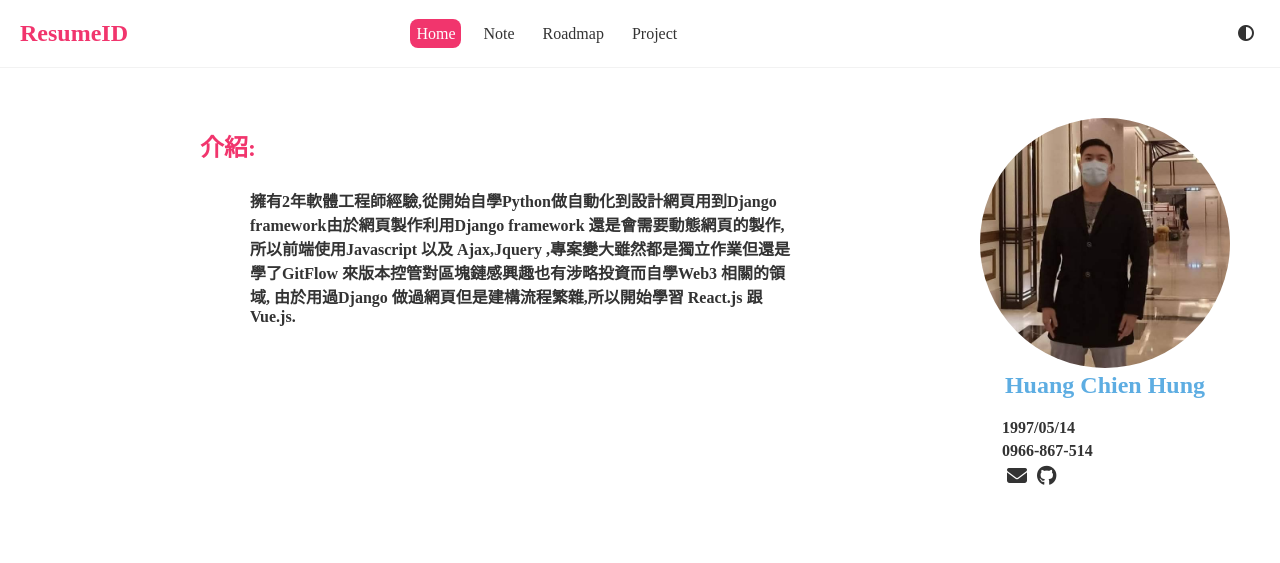
Repository: leo-play-code/ResumeID
Page: /
An editor plug-in stored every save of this project. The page is shown before and after the next save, followed by the edit.
The browser window is 1280 px wide. The pictures show the whole page.
Some web libraries are served in a nearby version. The project was rebuilt for these pictures with package versions that can differ from the ones it lists, and the page was loaded fresh each time. Also part of the build but not shown: src/Note/Note.js, src/Roadmap/Roadmap.js, src/Project/Project.js.

Above is the page before, as saved 2022-10-18 15:20:38.

### public/index.html
<!DOCTYPE html>
<html lang="en">
  <head>
    <meta charset="utf-8" />
    <link rel="icon" href="%PUBLIC_URL%/favicon.ico" />
    <meta name="viewport" content="width=device-width, initial-scale=1" />
    <meta name="theme-color" content="#000000" />
    <meta
      name="description"
      content="Web site created using create-react-app"
    />
    <link rel="apple-touch-icon" href="%PUBLIC_URL%/logo192.png" />
    <link rel="manifest" href="%PUBLIC_URL%/manifest.json" />

    <!-- fontawesome -->
    <script src="https://kit.fontawesome.com/14e9a4f90b.js" crossorigin="anonymous"></script>
    <title>React App</title>
  </head>
  <body>
    <noscript>You need to enable JavaScript to run this app.</noscript>
    <div id="root"></div>
  </body>
</html>

### src/index.css
/* base styles */
* {
  margin: 0;
  font-family: "Quicksand";
  color: #333;
}
.navbar {
  padding: 20px;
  display: flex;
  align-items: center;
  max-width: 100%;
  margin: 0 auto;
  border-bottom: 1px solid #f2f2f2;
}
.navbar h1 {
  color: #f1356d;
}
.navbar-center{
  margin-inline: auto;
}
.navbar-center .page-selected{
  color:white;
  background: #f1356d;
  border-radius: 8px;
  pointer-events: none;
}
.navbar .navbar-right {
  margin-left: auto;
}
.navbar a {
  margin-left: 16px;
  text-decoration: none;
  padding: 6px;
}
.navbar a:hover {
  color: #f1356d;
}
.content {
  max-width: 600px;
  margin: 40px auto;
  padding: 20px;
}

/* Home */
.Home .profile{
  height: 500px;
}
.Home .picture img{
  border-radius: 50%;
  max-width: 250px;
}
.Home .profile .MainName{
  color:#5DADE2;
}

.Home .introduction{
  margin-top: 60px;
  margin-left: 200px;
  float:left;
  width: 600px;
}
.Home .information{
  margin: 50px;
  float:right;
}


.Home .introduction h2{
  color:#f1356d
}
.Home .introduction .context{
  margin-top: 25px;
  margin-left: 50px;
}


.Home .picture{
  text-align: center;
}

.Home .contact{
  margin-top: 20px;
  margin-left:17px
}

.Home .contact div{
  margin :5px;
}

.Home .contact span{
  margin :5px;
}


.Home .contact a{
  margin :5px;
  font-size: 20px;
  transition: 0.3s;
}

.Home .contact a:hover{
  font-size: 35px;
  transition: 0.3s;
}

### src/App.js
import Navbar from './Navbar/Navbar';
import { BrowserRouter as Router,Route,Switch} from 'react-router-dom'
import Home from './Home/Home';
import Note from './Note/Note';
import Roadmap from './Roadmap/Roadmap';
import Project from './Project/Project';

function App(){
    return (
        <Router>
            <div className="App">
            <Navbar />
                <Switch>
                    <Route exact path='/'>
                        <Home />
                    </Route>
                    <Route exact path='/Note'>
                        <Note />
                    </Route>
                    <Route exact path='/Roadmap'>
                        <Roadmap />
                    </Route>
                    <Route exact path='/Project'>
                        <Project />
                    </Route>

                </Switch>
            </div>
        </Router>

    )
}

export default App;

### src/Navbar/Navbar.js
import { useEffect, useState } from 'react';
import {Link} from 'react-router-dom';

function Navbar(){
    const [navbar_state,setPageState] = useState('');
    function ChangeColor(){
        console.log('changecolor')
    }
    function PageSelected(navbar_state){
        setPageState(navbar_state)
    }
    useEffect(()=>{
        const init_url_arr = window.location.href.split('/')
        const init_url_page = init_url_arr[init_url_arr.length-1]
        setPageState(init_url_page)
    })
    return (
        <nav className="navbar">
            <h1>ResumeID</h1>
            <span className='navbar-center'>
                {(navbar_state == '')&& <Link to="/" className='page-selected'>Home</Link>}
                {!(navbar_state == '')&&<Link to="/" onClick={()=>PageSelected('Home')}>Home</Link>}
                {(navbar_state == 'Note')&& <Link to="/Note" className='page-selected'>Note</Link>}
                {!(navbar_state == 'Note')&&<Link to="/Note" onClick={()=>PageSelected('Note')}>Note</Link>}
                {(navbar_state == 'Roadmap')&& <Link to="/Roadmap" className='page-selected'>Roadmap</Link>}
                {!(navbar_state == 'Roadmap')&&<Link to="/Roadmap" onClick={()=>PageSelected('Roadmap')}>Roadmap</Link>}
                {(navbar_state == 'Project')&& <Link to="/Project" className='page-selected'>Project</Link>}
                {!(navbar_state == 'Project')&&<Link to="/Project" onClick={()=>PageSelected('Project')}>Project</Link>}
            </span>
            <div className="navbar-right">
                <a onClick={ChangeColor}><i className="fa-solid fa-circle-half-stroke"></i></a>
            </div>
        </nav>
    )
}

export default Navbar ;

### src/Home/Home.js



function Home(){
    const pic = require('./static/image/selfy.jpg');
    return(
        <div className="Home">
            <div className='profile'>
                <div className="introduction">
                    <h2 className='context-title'>介紹:</h2>
                    <div className='context'>
                        <b>擁有2年軟體⼯程師經驗,從開始⾃學Python做⾃動化到設計網⾴⽤到Django framework</b>
                        <b>由於網⾴製作利⽤Django framework 還是會需要動態網⾴的製作,所以前端使⽤Javascript 以及 Ajax,Jquery ,專案變⼤雖然都是獨立作業但還是學了GitFlow 來版本控管</b>
                        <b>對區塊鏈感興趣也有涉略投資⽽⾃學Web3 相關的領域, 由於⽤過Django 做過網⾴但是建構流程繁雜,所以開始學習 React.js 跟 Vue.js.</b>
                    </div>
                </div>
                <div className='information'>
                    <div className="picture">
                        <img src={pic} alt="" />
                        <h2 className='MainName'>Huang Chien Hung</h2>
                    </div>
                    <div className="contact">
                        <div><b>1997/05/14</b></div>
                        <div><b>0966-867-514</b></div>
                        <span>
                            <a href="mailto:leo56029132@gmail.com"><i className="fa-solid fa-envelope"></i></a>
                            <a href="https://github.com/leo-play-code"><i className="fa fa-github"></i></a>
                        </span>
                    </div>
                </div>
            </div>
        </div>
    )
}
export default Home ;

Loaded but not shown: src/index.js (common file); src/reportWebVitals.js (common file)

After the next save:
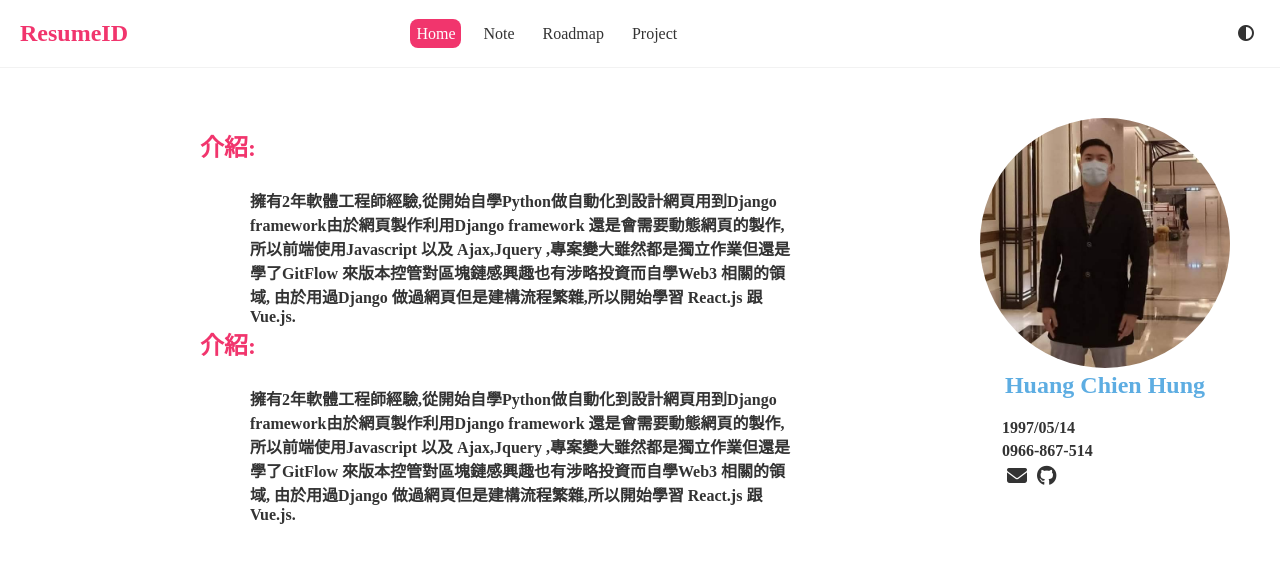
Saved 4 s later.
--- a/src/Home/Home.js
+++ b/src/Home/Home.js
@@ -7,6 +7,12 @@ function Home(){
         <div className="Home">
             <div className='profile'>
                 <div className="introduction">
+                    <h2 className='context-title'>介紹:</h2>
+                    <div className='context'>
+                        <b>擁有2年軟體⼯程師經驗,從開始⾃學Python做⾃動化到設計網⾴⽤到Django framework</b>
+                        <b>由於網⾴製作利⽤Django framework 還是會需要動態網⾴的製作,所以前端使⽤Javascript 以及 Ajax,Jquery ,專案變⼤雖然都是獨立作業但還是學了GitFlow 來版本控管</b>
+                        <b>對區塊鏈感興趣也有涉略投資⽽⾃學Web3 相關的領域, 由於⽤過Django 做過網⾴但是建構流程繁雜,所以開始學習 React.js 跟 Vue.js.</b>
+                    </div>
                     <h2 className='context-title'>介紹:</h2>
                     <div className='context'>
                         <b>擁有2年軟體⼯程師經驗,從開始⾃學Python做⾃動化到設計網⾴⽤到Django framework</b>
